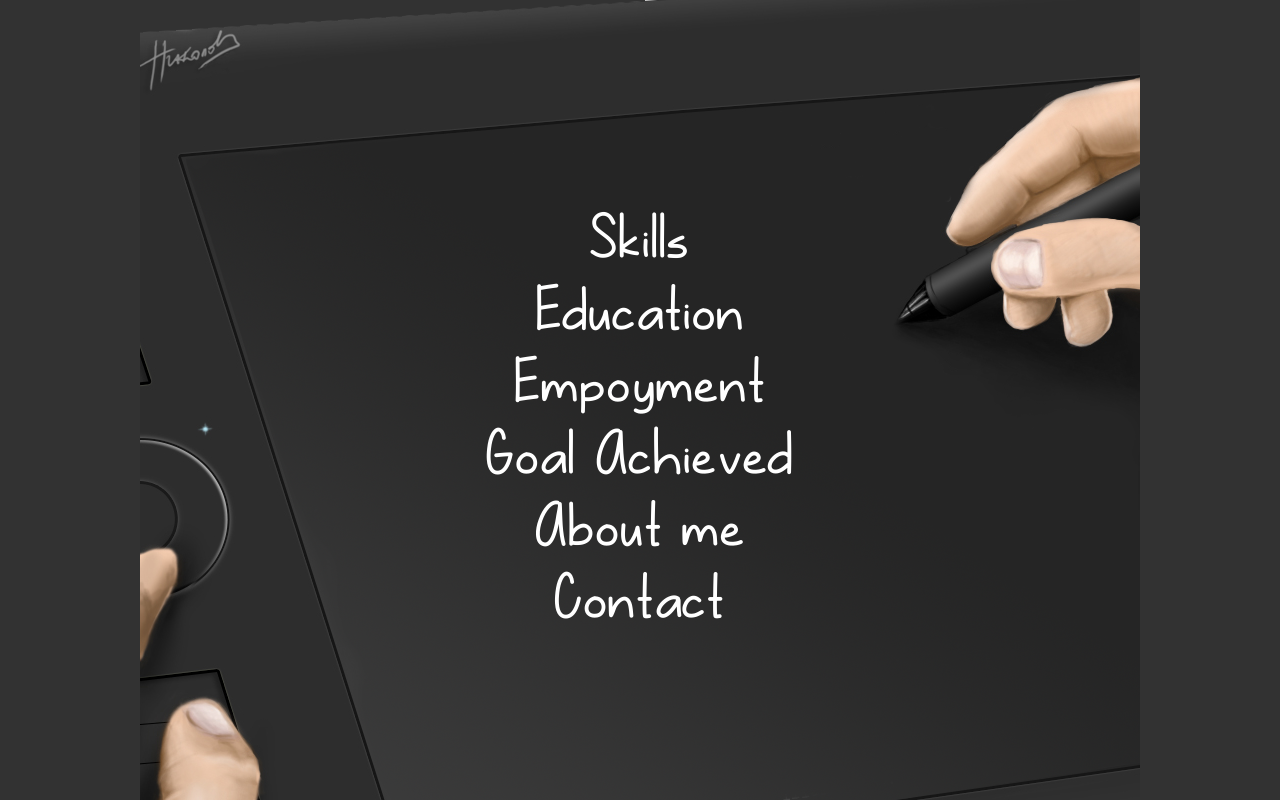
Repository: nikichanko/cv
Page: index.html
These files come from the project's save history. The page is drawn as it stood at one moment and after the next save; the edit follows.
The browser window is 1280 px wide. The pictures show the whole page.

Above is the page before, as saved 2018-08-10 00:16:06.

### index.html
<!DOCTYPE html>
<html>
  <head>
    <link rel="stylesheet" type="text/css" href="css/styles.css">
    <meta name="viewport" content="width=device-width, initial-scale=1">
    <link rel="stylesheet" type="text/css" href="css/scroll.css">
    <script src="https://ajax.googleapis.com/ajax/libs/jquery/3.3.1/jquery.min.js"></script>
    <script src="js/scroll.js"></script>
    <title>Nikolay Nikolov - CV</title>
  </head>
  <body>
    <div class="wrapper">
      <div class="menu">
        <div class="item">
          <span>Skills</span>
        </div>
        <div class="content">
          <i class="close"></i>
          <div class="ul-wrapper" id="scroll-3">
            <ul>
              <li>Program Languages:</li>
              <ol>ECMAScript 6, JAVA, Swift 4, Objective C</ol>
              <ol>HTML, JS, CSS (LESS and SASS), PHP</ol>
              <li>Frameworks and Libraries:</li>
              <ol>React Native, JQuery, Ajax, Smarty Template Engine</ol>
              <li>Program and Web Tools:</li>
              <ol>Android Studio, Xcode 9, Note (npm)</ol>
              <ol>Apple Connect and Google Console, Appsflyer, Fabric, Firebase, Faslane</ol>
              <ol>Photoshop, Illustrator, Sketch</ol>
              <li>Strong Knowledge in:</li>
              <ol>GitFlow, RESTful API, Responsive and Mobile Design, UX nad UI Design</ol>
              <li>Best Practices in:</li>
              <ol>OOP, Test Driven Development, Cross platform development</ol>
              <li>Other Abilities:</li>
              <ol>Digital Drawing of web application arts with graphic tablet</ol>
            </ul>
           </div>
        </div>
        <div class="item">
          <span>Education</span>
        </div>
        <div class="content">
            <i class="close"></i>
            <ul>
              <li>M. Sc. in Computer Science</li>
              <ol>From 2011 - 2013</ol>
              <ol>Technical University Gabrovo</ol>
              <ol>Subject: Computer System and Technologies</ol>
            </ul>
        </div>
        <div class="item">
          <span>Empoyment</span>
        </div>
        <div class="content">
            <i class="close"></i>
            <div class="ul-wrapper" id="scroll-2">
              <ul>
                <li>from 12. 2016 to present</li>
                <ol>Employer: Mansion Technology and Operations Centre</ol>
                <ol>Professional Title: front-end developer</ol>
                <ol>from 11. 2017 working as mobile developer in agile environment</ol>
                <li>from 05. 2014 to 12. 2016</li>
                <ol>Employer: Support Service LTD for Image-Line Belgium</ol>
                <ol>Professional Title: fullstack web developer with more front-end responsibilities</ol>
              </ul>
            </div>
        </div>
        <div class="item">
          <span>Goal Achieved</span>
        </div>
        <div class="content">
          <i class="close"></i>
          <div class="ul-wrapper" id="scroll-1">
            <ul>
              <li>As mobile developer:</li>
              <ol>Applications in stores:</ol>

                <img src="img/casino.png" title="CasinoSlots" class="app-icon" style="margin-left: 10px;" />
                <img src="img/ccbj.png" title="Casino BlackJack" class="app-icon" />
                <img src="img/sh.png" title="Slostheaven" class="app-icon" />
                <img src="img/mc.png" title="MansionCasino" class="app-icon" />

              <ol>Quick switching from web to mobile development</ol>
              <ol>Key person with leading role in mobile team</ol>
              <ol>Be main part of critical moments when quick reaction and self-organization is very important</ol>
              <ol>The person that implemented React Native framework in real mobile apps</ol>
              <ol>Publishing and then dealing with rejection of apps in both stores</ol>
              <ol>Implementations: Redux, Geo location services, Biometic authetification with
                RESTful API login, React Native navigation, Unit, Integration and Snapshot Tests with Jest, executed in CI system (Bamboo),
                Cross-platform and multi-device layouts, Exposing many custom code from Native to React Native (NativeModules and NativeEventEmitter)</ol>
              <li>As front-end developer:</li>
              <ol>Responsive and mobile designs with no compromises in details</ol>
              <ol>Developed many end-to-end web applications like: Image Sliders with lazyloading, javascript Video and Audio Players with full mobile support</ol>
              <ol>RESTful API integrations</ol>
              <ol>Unit testing with Jasmine</ol>
            </ul>
          </div>
        </div>
        <div class="item">
          <span>About me</span>
        </div>
        <div class="content">
          <i class="close"></i>

        </div>
        <div class="item">
          <span>Contact</span>
        </div>
        <div class="content">
            <i class="close"></i>
              <ul>
                <li>Fill free to leave me a message...</li>
                <script type="text/javascript" src="https://form.jotformeu.com/jsform/82187298762370"></script>
              </ul>
        </div>
      </div>
    </div>
    <script src="js/common.js"></script>
  </body>
</html>

### css/styles.css
@font-face {
  font-family: 'Just Gotta Smile';
  src: url('./fonts/JustGottaSmile.woff2') format('woff2'),
      url('./fonts/JustGottaSmile.woff') format('woff'),
      url('./fonts/JustGottaSmile.ttf') format('truetype');
  font-weight: 500;
  font-style: normal;
}

@font-face {
  font-family: 'Josefin Slab';
  src: url('./fonts/JosefinSlab.woff2') format('woff2'),
      url('./fonts/JosefinSlab.woff') format('woff'),
      url('./fonts/JosefinSlab.ttf') format('truetype');
  font-weight: normal;
  font-style: normal;
}
ul, li, ol, body {
  margin: 0;
  padding: 0;
}

body {
  background-color: #323232;
  width: 100%;
  font-family: 'Just Gotta Smile';
  color: #fff;
}

.wrapper {
  position: relative;
  width: 100%;
  max-width: 1000px;
  height: 800px;
  margin: 0 auto;
  background-image: url(../img/cv_bg.png);
  background-repeat: no-repeat;
  background-position: right top;
  background-size: cover;
}

.menu {
  line-height: 70px;
  margin: 0 auto;
  position: absolute;
  text-align: center;
  width: 100%;
  font-size: 64px;
  top: 200px;
}

.item {
  position: relative;
  left: 50%;
  opacity: 1;
  transform: translateX(-50%) ;
  -ms-transform: translateX(-50%) ; /* IE 9 */
  -webkit-transform: translateX(-50%); /* Safari 3-8 */
  transition: opacity 0.5s ease-in-out;
  -webkit-touch-callout: none; /* iOS Safari */
  -webkit-user-select: none; /* Safari */
   -khtml-user-select: none; /* Konqueror HTML */
     -moz-user-select: none; /* Firefox */
      -ms-user-select: none; /* Internet Explorer/Edge */
          user-select: none; /* Non-prefixed version, currently
                                supported by Chrome and Opera */
}
.item span {
  cursor: pointer;
  position: relative;
}

.item.closed {
  opacity: 0;
  height: 0;
  visibility: hidden;
}

.content {
  font-family: 'Josefin Slab';
  padding-top: 2px;
  max-width: 600px;
  text-align: left;
  top: 50px;
  width: 56%;
  margin: 0 auto;
  line-height: 40px;
  height: 0;
  opacity: 0;
  transition: opacity 0.5s ease-in-out;
  position: relative;
  visibility: hidden;
  overflow: hidden;
}

.ul-wrapper {
  height: 520px;
  position: relative;
  overflow: hidden;
}

.content.open {
  overflow: visible;
  height: auto;
  opacity: 1;
  transition: opacity 0.5s ease-in-out;
  visibility: visible;
}
.content {
  line-height: 30px;
}
.content ul {
  padding-top: 10px;
  padding-left: 20px;
}
.content li {
  font-weight: bold;
  font-size: 20px;
  padding:5px 0;
}
.content ol {
  font-size: 18px;
  margin-left: 15px;
  position: relative;
}
.content ol:before {
  content: "";
  background-image: url(../img/arrow.png);
  background-repeat: no-repeat;
  background-size: contain;
  width: 12px;
  height: 13px;
  position: absolute;
  left: -22px;
  top: 8px;
  opacity: 0.6;
}

.item:hover {
  color: #a4cbe6;
}

.close {
  position: absolute;
  top: -29px;
  left: -7px;
  width: 45px;
  height: 45px;
  opacity: 0.3;
}
.close:hover {
  opacity: 1;
}
.close:before, .close:after {
  position: absolute;
  left: 15px;
  content: ' ';
  height: 25px;
  width: 2px;
  background-color: #fff;
}
.close:before {
  transform: rotate(45deg);
}
.close:after {
  transform: rotate(-45deg);
}

.app-icon {
  width: 45px;
  margin-right: 10px;
}

@media only screen and (max-width: 1000px) {
  .content {
    width: 90%;
  }
  .item span {
    cursor: default;
  }
}

### css/scroll.css
/*
 * Container style
 */
 .ps {
  overflow: hidden !important;
  overflow-anchor: none;
  -ms-overflow-style: none;
  touch-action: auto;
  -ms-touch-action: auto;
}

/*
 * Scrollbar rail styles
 */
.ps__rail-x {
  display: none;
  opacity: 0;
  transition: background-color .2s linear, opacity .2s linear;
  -webkit-transition: background-color .2s linear, opacity .2s linear;
  height: 15px;
  /* there must be 'bottom' or 'top' for ps__rail-x */
  bottom: 0px;
  /* please don't change 'position' */
  position: absolute;
}

.ps__rail-y {
  display: none;
  opacity: 0;
  transition: background-color .2s linear, opacity .2s linear;
  -webkit-transition: background-color .2s linear, opacity .2s linear;
  width: 15px;
  /* there must be 'right' or 'left' for ps__rail-y */
  right: 0;
  /* please don't change 'position' */
  position: absolute;
}

.ps--active-x > .ps__rail-x,
.ps--active-y > .ps__rail-y {
  display: block;
  background-color: transparent;
}

.ps:hover > .ps__rail-x,
.ps:hover > .ps__rail-y,
.ps--focus > .ps__rail-x,
.ps--focus > .ps__rail-y,
.ps--scrolling-x > .ps__rail-x,
.ps--scrolling-y > .ps__rail-y {
  opacity: 0.6;
}

.ps .ps__rail-x:hover,
.ps .ps__rail-y:hover,
.ps .ps__rail-x:focus,
.ps .ps__rail-y:focus,
.ps .ps__rail-x.ps--clicking,
.ps .ps__rail-y.ps--clicking {
  background-color: #eee;
  opacity: 0.9;
}

/*
 * Scrollbar thumb styles
 */
.ps__thumb-x {
  background-color: #aaa;
  border-radius: 6px;
  transition: background-color .2s linear, height .2s ease-in-out;
  -webkit-transition: background-color .2s linear, height .2s ease-in-out;
  height: 6px;
  /* there must be 'bottom' for ps__thumb-x */
  bottom: 2px;
  /* please don't change 'position' */
  position: absolute;
}

.ps__thumb-y {
  background-color: #aaa;
  border-radius: 6px;
  transition: background-color .2s linear, width .2s ease-in-out;
  -webkit-transition: background-color .2s linear, width .2s ease-in-out;
  width: 6px;
  /* there must be 'right' for ps__thumb-y */
  right: 2px;
  /* please don't change 'position' */
  position: absolute;
}

.ps__rail-x:hover > .ps__thumb-x,
.ps__rail-x:focus > .ps__thumb-x,
.ps__rail-x.ps--clicking .ps__thumb-x {
  background-color: #999;
  height: 11px;
}

.ps__rail-y:hover > .ps__thumb-y,
.ps__rail-y:focus > .ps__thumb-y,
.ps__rail-y.ps--clicking .ps__thumb-y {
  background-color: #999;
  width: 11px;
}

/* MS supports */
@supports (-ms-overflow-style: none) {
  .ps {
    overflow: auto !important;
  }
}

@media screen and (-ms-high-contrast: active), (-ms-high-contrast: none) {
  .ps {
    overflow: auto !important;
  }
}

### js/common.js
var src1 = document.querySelector('#scroll-1');
var src2 = document.querySelector('#scroll-2');
var src3 = document.querySelector('#scroll-3');

var options = {
  maxScrollbarLength: 100,
};

var ps1 = new PerfectScrollbar(src1, options);
var ps2 = new PerfectScrollbar(src2, options);
var ps3 = new PerfectScrollbar(src3, options);

$(".item").on('click', function() {
  var _t = this;
  setTimeout(function(){
    $(_t).next('.content').addClass('open');
  },100);
  $('.item').each(function(i, v) {
    if (!$(_t).is(v)) {
      $(v).addClass('closed');
      $(v).next('.content').removeClass('open');
    }
    else {
      $(v).removeClass('closed');
    }
  });
});

$('.close').on('click', function(){
  $('.item').each(function(i, v) {
    setTimeout(function(){
      $(v).removeClass('closed');
    },100);
    $(v).next('.content').removeClass('open');
  });
});

Loaded but not shown: js/scroll.js (1324 lines, source omitted)

After the next save:
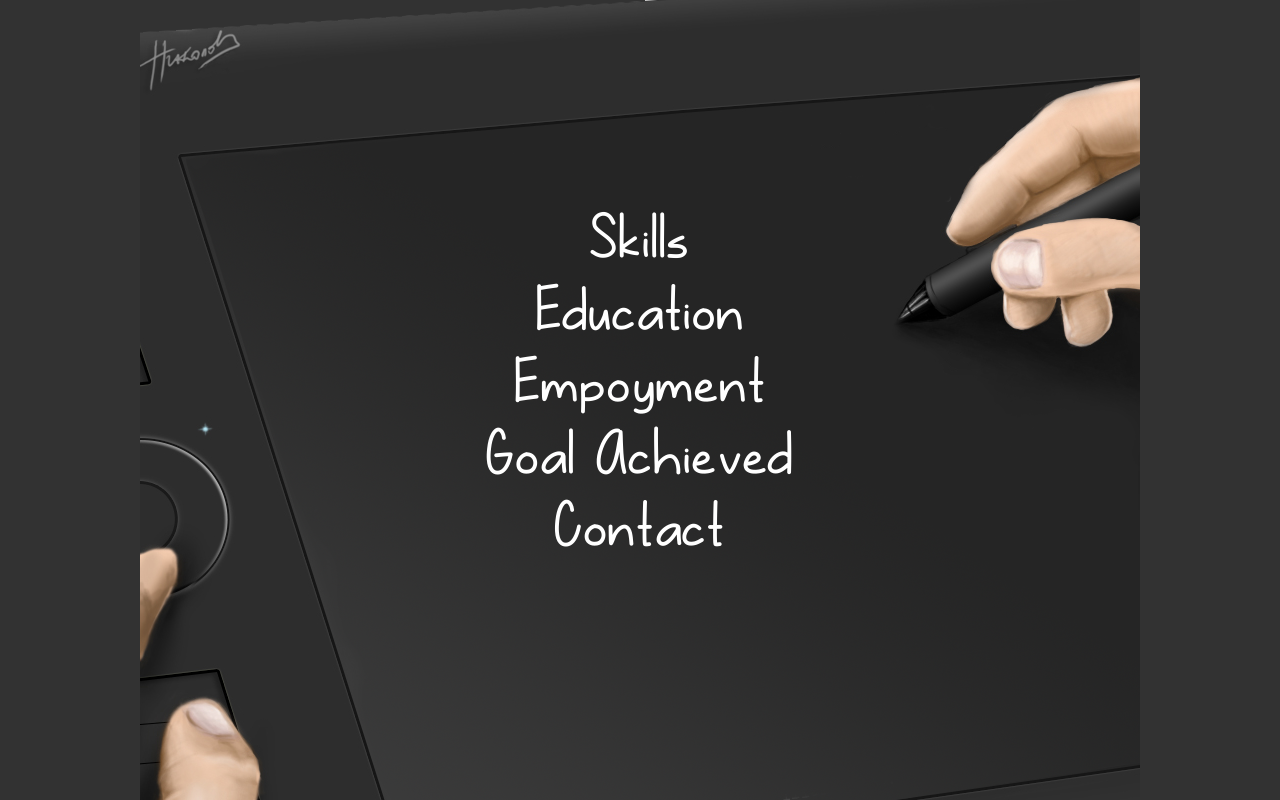
Saved 3 min 8 s later.
--- a/index.html
+++ b/index.html
@@ -97,13 +97,6 @@
           </div>
         </div>
         <div class="item">
-          <span>About me</span>
-        </div>
-        <div class="content">
-          <i class="close"></i>
-
-        </div>
-        <div class="item">
           <span>Contact</span>
         </div>
         <div class="content">
